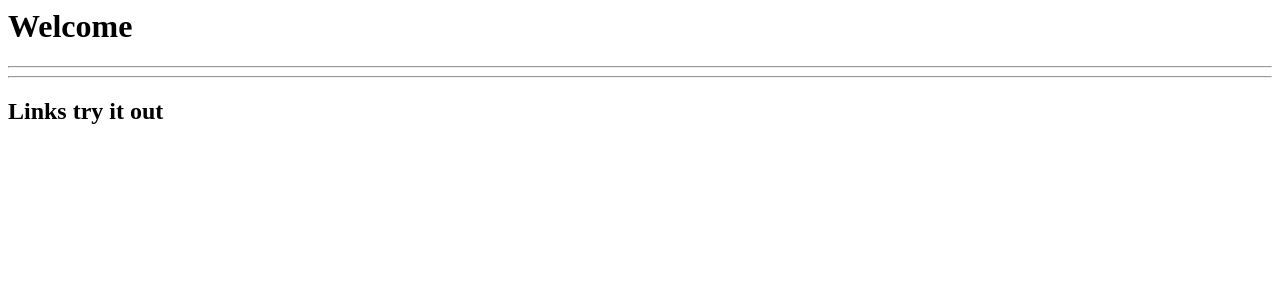
Repository: Ndifoinhilary/url_shortener
Page: http://localhost/
The author's editor kept a copy of each file at every save. The page is drawn from the files as they stood at one save, then again after the next save.
The browser window is 1280 px wide. The pictures show the whole page.
The page is served by the project's application, run on Django 4.2 (manage.py). Other server files are loaded and not shown. Queries for data that is not in the repository find no rows.

Above is the page before, as saved 2024-02-25 18:20:35.

### links/templates/links/index.html
<h1>Welcome</h1>


<ul>

    {% for link  in  links %}
        <li>{{ link.name}}</li>
    {% endfor %}


</ul>

<hr>
<hr>

<h2>Links try it out</h2>

### links/views.py
from django.shortcuts import get_object_or_404, render, redirect

from links.models import Link

# Create your views here.


def index(request):
    links = Link.objects.all()

    context = {"links": links}

    return render(request, "links/index.html", context)


def root_link(request, link_slug):

    link = get_object_or_404(Link, slug=link_slug)
    # add the number of times the link  is being clicked

    link.clicks()

    return redirect(link.url)

### config/urls.py
"""
URL configuration for config project.

The `urlpatterns` list routes URLs to views. For more information please see:
    https://docs.djangoproject.com/en/4.2/topics/http/urls/
Examples:
Function views
    1. Add an import:  from my_app import views
    2. Add a URL to urlpatterns:  path('', views.home, name='home')
Class-based views
    1. Add an import:  from other_app.views import Home
    2. Add a URL to urlpatterns:  path('', Home.as_view(), name='home')
Including another URLconf
    1. Import the include() function: from django.urls import include, path
    2. Add a URL to urlpatterns:  path('blog/', include('blog.urls'))
"""
from django.contrib import admin
from django.urls import path, include

urlpatterns = [
    path("admin/", admin.site.urls),
    path("", include("links.urls")),
]

### links/urls.py
from django.urls import path

from links.views import index, root_link


urlpatterns = [
    path("", index, name="home"),
    path("<str:link_slug>/", root_link, name="link"),
]

After the next save:
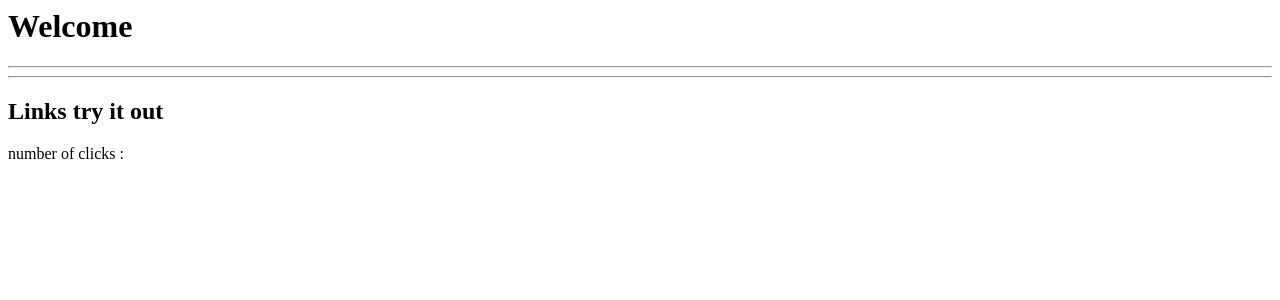
Saved 32 s later.
--- a/links/templates/links/index.html
+++ b/links/templates/links/index.html
@@ -14,3 +14,6 @@
 <hr>
 
 <h2>Links try it out</h2>
+
+
+<p>number of clicks : {{link.clicks}}</p>
